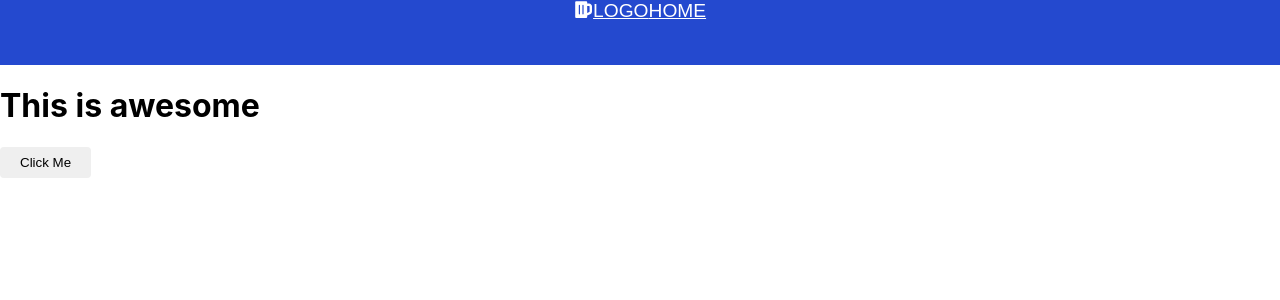
Repository: ajaygc95/Django-and-react
Page: / (app in galamart_sell/reactfrontend/)
These files come from the project's save history. The page is drawn as it stood at one moment and after a run of saves; the edit follows.
The browser window is 1280 px wide. The pictures show the whole page.
The project was rebuilt for these pictures with package versions that can differ from the ones it lists, and the page was loaded fresh each time. Also part of the build but not shown: galamart_sell/reactfrontend/src/components/Button.js, galamart_sell/reactfrontend/src/components/About.js, galamart_sell/reactfrontend/src/components/Shop.css, galamart_sell/reactfrontend/src/components/Shop.js, galamart_sell/reactfrontend/src/components/ItemDetail.js.

Above is the page before, as saved 2021-04-07 11:28:59.

### galamart_sell/reactfrontend/src/App.js
import React from "react";
import HeroPage from "./components/HeroPage";
import Nav from "./components/Nav";
import { BrowserRouter as Router, Switch, Route } from "react-router-dom";
import About from "./components/About";
import Shop from "./components/Shop";
import ItemDetail from "./components/ItemDetail";

function App() {
  return (
    <Router>
      <div className="container">
        <Nav></Nav>
        <Switch>
          <Route path="/" exact component={HeroPage}></Route>
          {/* <Route path="/about" component={About} />
          <Route path="/shop" exact component={Shop} />
          <Route path="/shop/:id" component={ItemDetail} /> */}
        </Switch>
      </div>
    </Router>
  );
}

export default App;

### galamart_sell/reactfrontend/src/components/HeroPage.js
import React from 'react'

function HeroPage() {
    return (
       <>
       <h1>This is awesome</h1>
       <div className='container'>
           <button className='btn btn-success'>Click Me</button>
       </div>
       </>
    )
}

export default HeroPage

### galamart_sell/reactfrontend/src/components/Nav.js
import React, { useState } from "react";
import { Link } from "react-router-dom";
import { FaBars, FaTimes, FaBeer } from "react-icons/fa";
import { Button } from "./Button";
import "./Nav.css";

function Nav() {
  const [click, setclick] = useState(false);
  const [button, setbutton] = useState(true);
  const handleClick = () => setclick(!click);

  const showButton = () => {
    if (window.innerWidth <= 960) {
      setbutton(false);
    } else {
      setbutton(true);
    }
  };

  window.addEventListener("resize", showButton);

  return (
    <>
      <nav className="navbar">
        <div className="navbar-container container">
          <Link to="/" className="navbar-logo">
            <FaBeer className="navbar-icon"></FaBeer>
            LOGO
          </Link>
        </div>
        <div className="navbar-container container">
          <Link to="/" className="navbar-logo">
            HOME
          </Link>
        </div>
      </nav>
    </>
  );
}

export default Nav;

### galamart_sell/reactfrontend/src/components/Nav.css
.navbar {
  background: #2449cf;
  height: 65px;
  width: 100%;

  font-family: Arial, Helvetica, sans-serif;

  display: flex;
  justify-content: center;
}

.navbar-logo {
  display: flex;
  color: white;
  font-size: 1.2rem;
}

/* .navbar {
  background: #2449cf;
  height: 65px;
  display: flex;
  justify-content: center;
  align-items: center;
  font-size: 1.2rem;
  position: sticky;
  top: 0;
}

.container {
  z-index: 1;
  width: 100%;
  margin-right: auto;
  margin-left: auto;
  padding-right: 50px;
  padding-left: 50px;
}

.navbar-container {
  display: flex;
  justify-content: space-between;
  height: 65px;
}

.navbar-logo {
  color: #fff;
  justify-self: start;
  cursor: pointer;
  text-decoration: none;
  font-size: 2rem;
  display: flex;
  align-items: center;
}

.navbar-icon {
  margin-right: 0.5rem;
} */

/*



.navbar-logo {
  color: #fff;
  justify-self: start;
  cursor: pointer;
  text-decoration: none;
  font-size: 2rem;
  display: flex;
  align-items: center;
}

.navbar-icon {
  margin-right: 0.5rem;
}

.nav-menu {
  display: flex;
  align-items: center;
  justify-content: center;
  list-style: none;
  text-align: center;
  justify-content: end;
}

.nav-item {
  height: 80px;
  border-bottom: 2px solid transparent;
}

.nav-item:hover {
  border-bottom: 2px solid #f00946;
}

.nav-links {
  color: #fff;
  display: flex;
  align-items: center;
  text-decoration: none;
  padding: 0.5rem 1rem;
  height: 100%;
}

.fa-bars {
  color: #fff;
}

.menu-icon {
  display: none;
}

@media screen and (max-width: 960px) {
  .NavbarItems {
    position: relative;
  }

  .nav-menu {
    display: flex;
    flex-direction: column;
    width: 100%;
    height: 90vh;
    position: absolute;
    top: 80px;
    left: -100%;
    opacity: 1;
    transition: all 0.5s ease;
  }

  .nav-menu.active {
    background: #1c2237;
    left: 0;
    opacity: 1;
    transition: all 0.6s ease;
    z-index: 1;
  }

  .nav-links {
    text-align: center;
    padding: 2rem;
    width: 100%;
    display: table;
  }

  .nav-links:hover {
    color: #f00946;
    transform: scale(1.2);
    transition: all 0.3s ease;
  }

  .nav-item:hover {
    border: none;
  }

  .nav-item {
    width: 100%;
  }

  .navbar-logo {
    position: absolute;
    top: 0;
    left: 0;
    transform: translate(25%, 50%);
  }

  .menu-icon {
    display: block;
    position: absolute;
    top: 0;
    right: 0;
    transform: translate(-100%, 60%);
    font-size: 1.8rem;
    cursor: pointer;
  }

  .fa-times {
    color: #fff;
    font-size: 2rem;
  }

  .nav-btn {
    display: flex;
    justify-content: center;
    align-items: center;
    width: 100%;
    height: 120px;
  }
} */

### galamart_sell/reactfrontend/src/components/Button.css
:root {
  --primary: #fff;
}

.btn {
  padding: 8px 20px;
  border-radius: 4px;
  outline: none;
  border: none;
  cursor: pointer;
  white-space: nowrap;

}

.btn--primary {
  background-color: var(--primary);
  color: #242424;
  border: 1px solid var(--primary);
}

.btn--outline {
  background-color: transparent;
  color: #fff;
  padding: 8px 20px;
  border: 1px solid var(--primary);
  transition: all 0.3s ease-out;
}

.btn--medium {
  padding: 8px 20px;
  font-size: 18px;
}

.btn--large {
  padding: 12px 26px;
  font-size: 20px;
}

.btn--mobile {
  text-align: center;
  border-radius: 4px;
  width: 80%;
  text-decoration: none;
  font-size: 1.5rem;
  background-color: transparent;
  color: #fff;
  padding: 14px 20px;
  border: 1px solid #fff;
  transition: all 0.3s ease-out;
}

.btn--wide {
  padding: 12px 64px;
  font-size: 20px;
}

.btn--large:hover,
.btn--medium:hover,
.btn--mobile:hover {
  transition: all 0.3s ease-out;
  background: #fff;
  color: #242424;
}

.btn--wide:hover {
  color: #fff;
  background-color: #f00946;
  transition: all 0.2s ease-out;
}

.btn-link {
  display: flex;
  justify-content: center;
  align-items: center;
  text-decoration: none;
  padding: 8px 16px;
  height: 100%;
  width: 100%;
}

.blue {
  background-color: #276afb;
  color: #fff;
  border: none;
}

.red {
  background-color: #f00946;
  color: #fff;
  border: none;
}

.primary {
  background-color: #242424;
  color: #fff;
  border: none;
}

.primary:hover {
  background-color: #fff;
  color: #242424;
  border: none;
}

.green {
  background: #25ce4a;
  color: #fff;
  border: none;
}

.green:hover {
  background-color: #242424;
}

Loaded but not shown: galamart_sell/reactfrontend/public/index.html (common file); galamart_sell/reactfrontend/src/index.js (common file); galamart_sell/reactfrontend/src/index.css (common file); galamart_sell/reactfrontend/src/reportWebVitals.js (common file)

After the next 2 saves:
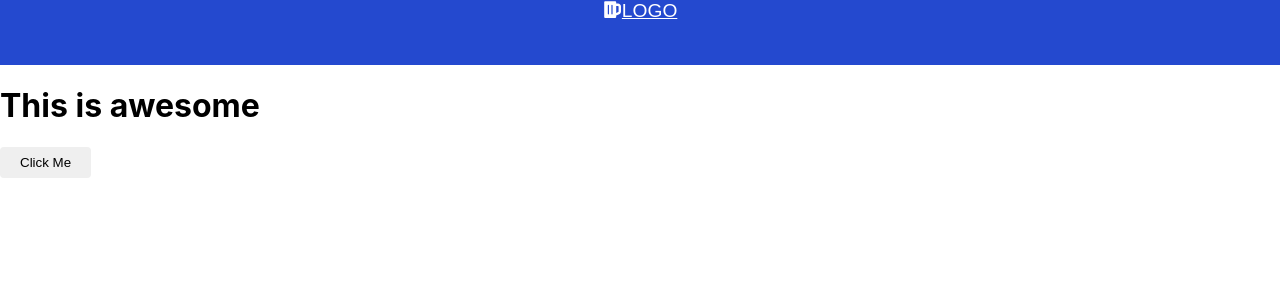
The 2 saves are shown as one change because they came seconds apart.
The last was saved 36 s later.
--- a/galamart_sell/reactfrontend/src/components/Nav.js
+++ b/galamart_sell/reactfrontend/src/components/Nav.js
@@ -27,11 +27,8 @@ function Nav() {
             <FaBeer className="navbar-icon"></FaBeer>
             LOGO
           </Link>
-        </div>
-        <div className="navbar-container container">
-          <Link to="/" className="navbar-logo">
-            HOME
-          </Link>
+
+
         </div>
       </nav>
     </>
